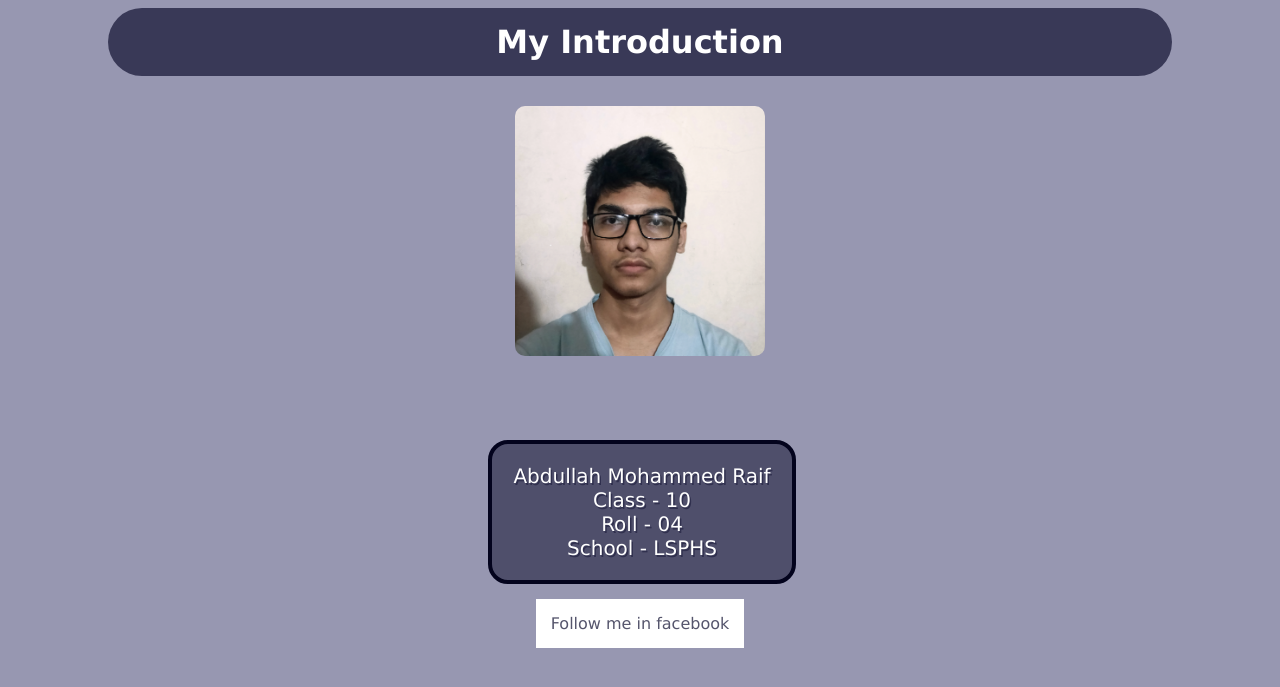
Repository: Raif-007/Portfolio
Page: index.html
These files come from the project's save history. The page is drawn as it stood at one moment and after the next save; the edit follows.
The browser window is 1280 px wide. The pictures show the whole page.

Above is the page before, as saved 2021-07-05 17:32:25.

### index.html
<!DOCTYPE html>
<html lang="en">

<head>
    <meta charset="UTF-8">
    <meta http-equiv="X-UA-Compatible" content="IE=edge">
    <meta name="viewport" content="width=device-width, initial-scale=1.0">
    <title>Portfolio</title>
    <link rel="stylesheet" href="styles.css">
</head>

<body>

    <h1>
        My Introduction
    </h1>

    <img id="i01" src="final pic.jpg" alt="raif">


    <div>

        <p>
            Abdullah Mohammed Raif
            <br> Class - 10
            <br> Roll - 04
            <br> School - LSPHS

        </p>


    </div>


    <a href="https://www.facebook.com/raif.chy.58">Follow me in facebook</a>

</body>

</html>

### styles.css
            body {
                background-color: rgba(54, 54, 105, 0.514);
                color: #ffffff;
                font-family: Verdana, Geneva, Tahoma, sans-serif;
                text-align: center;
            }

            h1 {
                background-color: rgba(25, 25, 56, 0.74);
                padding: 15px;
                margin: 0px 100px;
                border-radius: 50px;
            }

            div {
                font-size: 20px;
                border: 4px solid rgb(3, 3, 29);
                width: 300px;
                margin-left: 480px;
                margin-top: 50px;
                background-color: rgba(25, 25, 56, 0.568);
                border-radius: 20px;
                text-shadow: 1.5px 1.5px rgba(25, 25, 56, 0.568);
                margin-bottom: 30px;
            }

            #i01 {
                width: 250px;
                height: 250px;
                margin-top: 30px;
                border-radius: 10px;
                margin-bottom: 30px;
            }

            a:link {
                background-color: #ffffff;
                color: rgba(25, 25, 56, 0.74);
                text-decoration: none;
                padding: 15px;
            }

            a:hover {}

            a:visited {}

            a:active {}

After the next save:
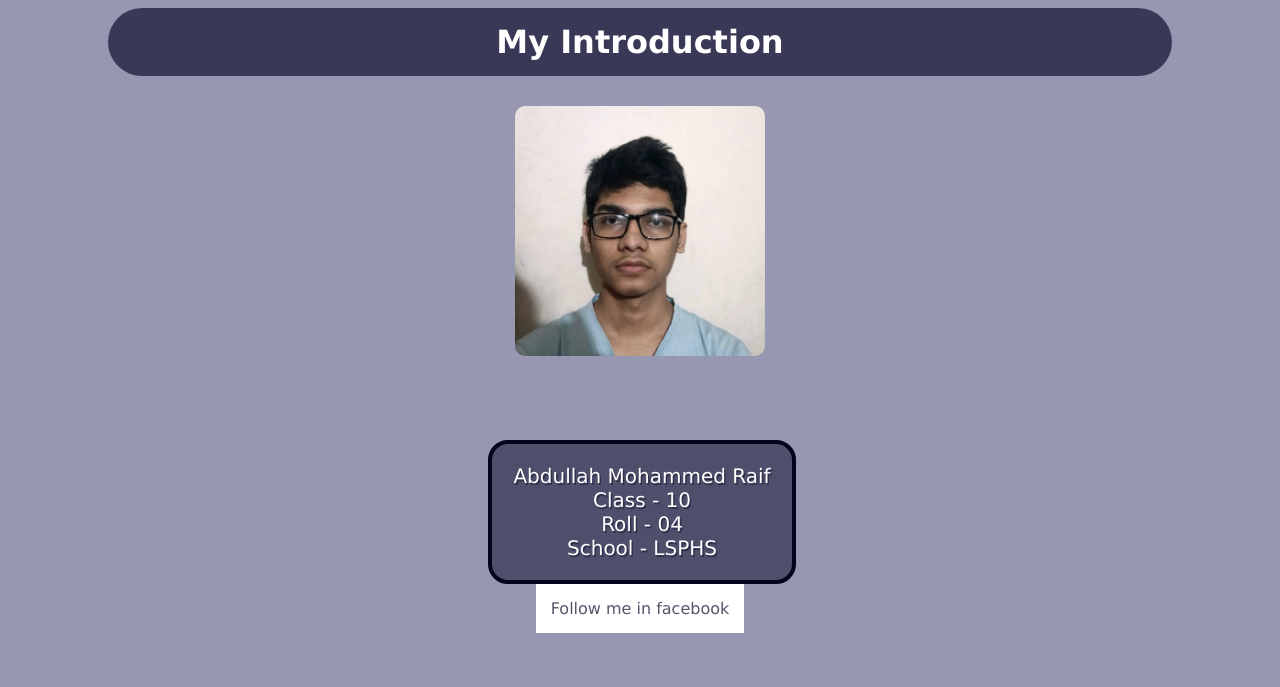
Saved 21 s later.
--- a/styles.css
+++ b/styles.css
@@ -21,7 +21,7 @@
                 background-color: rgba(25, 25, 56, 0.568);
                 border-radius: 20px;
                 text-shadow: 1.5px 1.5px rgba(25, 25, 56, 0.568);
-                margin-bottom: 30px;
+                margin-bottom: 15px;
             }
 
             #i01 {
